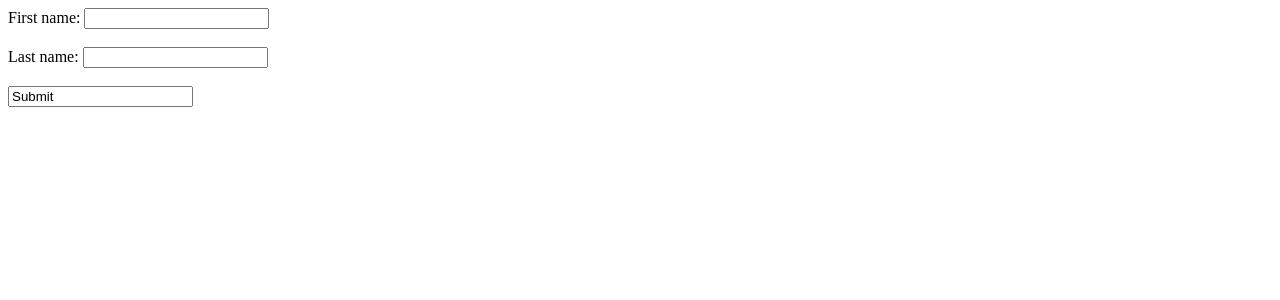
Repository: minnukanch/Spring-learners-code
Page: jspdemo/WebContent/student-checkbox-form.html
The author's editor kept a copy of each file at every save. The page is drawn from the files as they stood at one save, then again after the next save.
The browser window is 1280 px wide. The pictures show the whole page.

Above is the page before, as saved 2019-09-25 21:20:42.

### jspdemo/WebContent/student-checkbox-form.html
<html>

<head><title>Student Registration Form</title></head>

<body>

<form action = "student-response.jsp">

	First name: <input type = "text" name = "firstName" />

	<br/><br/>

	Last name: <input type = "text" name = "LastName" />

	<br/></br>

	<input type = ""submit" value = "Submit" />

</form>




</body>



</html>

After the next save:
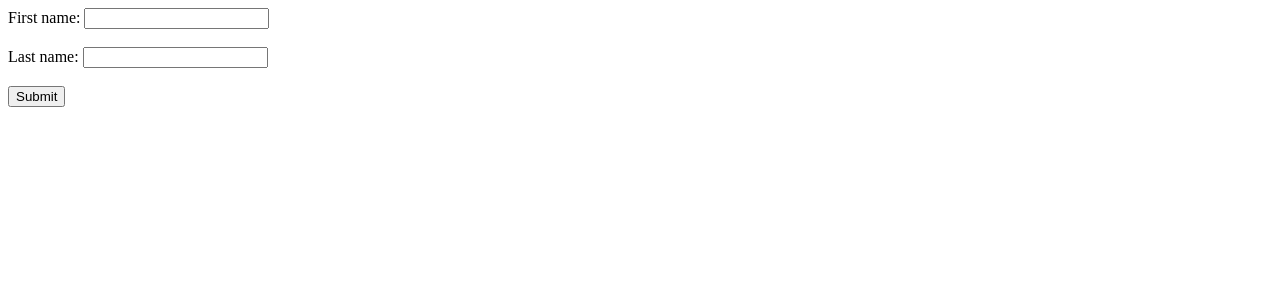
Saved 31 s later.
--- a/jspdemo/WebContent/student-checkbox-form.html
+++ b/jspdemo/WebContent/student-checkbox-form.html
@@ -14,7 +14,7 @@
 
 	<br/></br>
 
-	<input type = ""submit" value = "Submit" />
+	<input type = "submit" value = "Submit" />
 
 </form>
 
